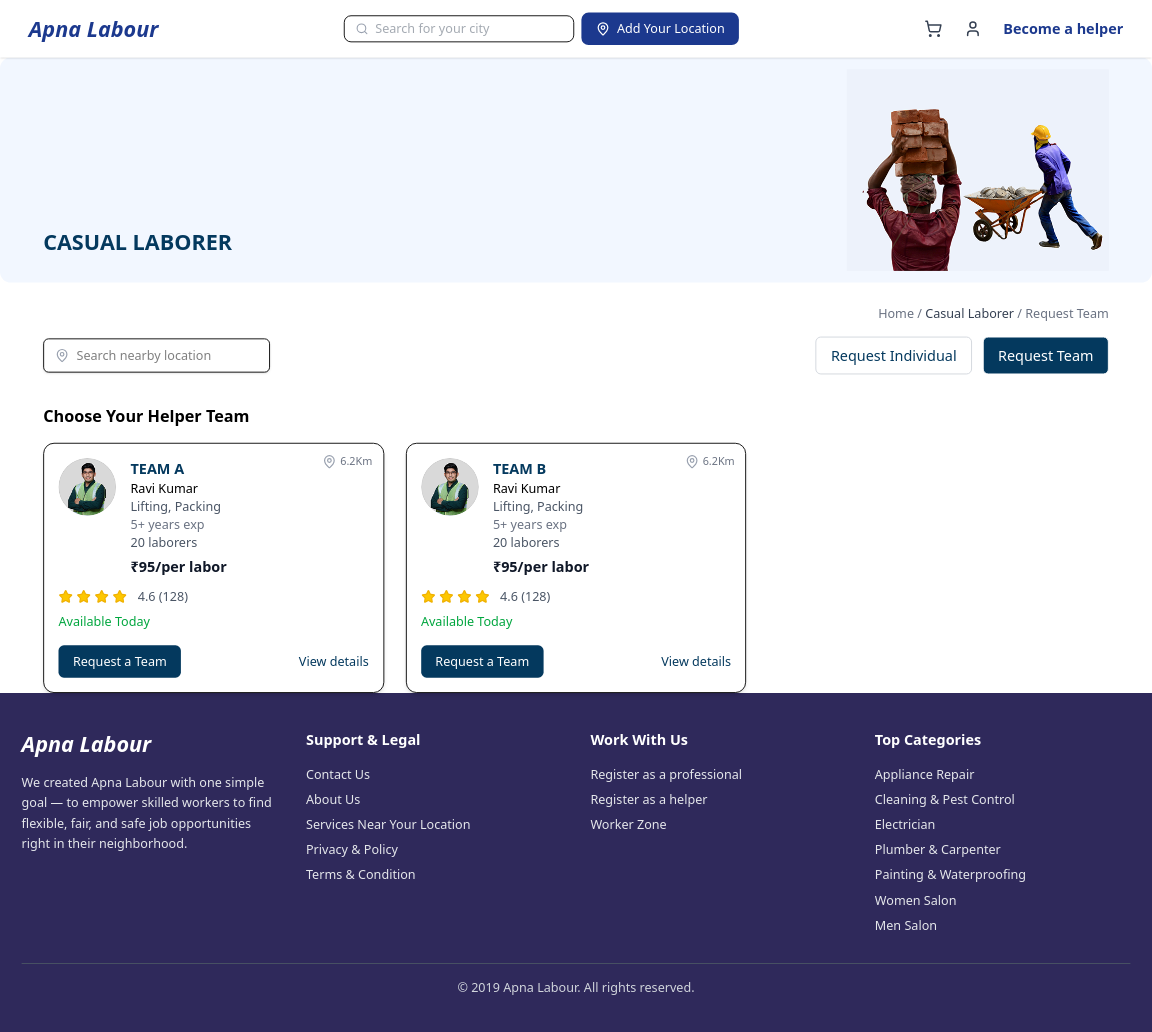
Repository: Innowidetech/Apna-Labour
Page: /casual (app in client/)
The author's editor kept a copy of each file at every save. The page is drawn from the files as they stood at one save, then again after the next save.
The browser window is 1280 px wide. The pictures show the whole page, at 90% of full size.
The project was rebuilt for these pictures with package versions that can differ from the ones it lists, and the page was loaded fresh each time. Also part of the build but not shown: client/vite.config.js, client/src/pages/Home.jsx, client/src/pages/ModalServicePage.jsx, client/src/pages/ServiceDetails.jsx, client/src/pages/Account/Account.jsx, client/src/pages/Account/AccountLayout.jsx, client/src/pages/Account/Bookings.jsx, client/src/pages/Payments.jsx and 26 more.

Above is the page before, as saved 2025-11-14 15:41:08.

### client/index.html
<!doctype html>
<html lang="en">
  <head>
    <meta charset="UTF-8" />
    <link rel="icon" type="image/svg+xml" href="/vite.svg" />
    <meta name="viewport" content="width=device-width, initial-scale=1.0" />
    <title>ApanaLabour</title>
  </head>
  <body>
    <div id="root"></div>
    <script type="module" src="/src/main.jsx"></script>
  </body>
</html>

### client/src/main.jsx
import { StrictMode } from "react";
import React from "react";
import { createRoot } from "react-dom/client";
import { GoogleOAuthProvider } from "@react-oauth/google";
import "./index.css";
import App from "./App.jsx";

// ✅ Import Redux
import { Provider } from "react-redux";
import store from "../src/redux/store.js"// ✅ correct import


const root = createRoot(document.getElementById("root"));

root.render(
  <StrictMode>
    <GoogleOAuthProvider clientId={import.meta.env.VITE_GOOGLE_CLIENT_ID}>
      <Provider store={store}>
        <App />
      </Provider>
    </GoogleOAuthProvider>
  </StrictMode>
);

### client/src/App.jsx
import React from "react";
import { BrowserRouter as Router, Routes, Route, useLocation } from "react-router-dom";
import appRoutes from "./routes/appRoutes";

// Components
import Navbar from "./components/Navbar";
import Footer from "./components/Footer";

// Account Pages
import Account from "./pages/Account/Account";
import AccountSidebar from "./pages/Account/AccountSidebar";
import AccountLayout from "./pages/Account/AccountLayout";
import MainAccount from "./pages/Account/MainAccount";
import Bookings from "./pages/Account/Bookings";

// Other Pages
import Home from "./pages/Home";
import Casual from "./pages/Casual";
import Electrician from "./pages/Electrician";
import PlumCarpenter from "./pages/PlumCarpenter";
import SwitchSocket from "./pages/SwitchSocket";
import Fan from "./pages/Fan";
import Light from "./pages/Light";
import Wiring from "./pages/Wiring";
import Doorbell from "./pages/Doorbell";
import MCB from "./pages/MCB";
import Gyser from "./pages/Gyser";
import Appliances from "./pages/Appliances";
import Login from "./Auth/Login";
import ViewCart from "./pages/ViewCart";
import CartPage from "./pages/CartPage";
import Checkout from "./pages/Checkout";
import ServicePage from "./pages/ServiceDetails";
import ModalServicePage from "./pages/ModalServicePage";
import FAQ from "./pages/FAQ";
import WorkerZone from "./pages/WorkerZone";
import ContactUs from "./pages/ContactUs";
import LabourCart from "./pages/LabourCart";
import TeamLabourCart from "./pages/TeamLabourCart";


// ✅ Layout Component
function Layout({ children }) {
  const location = useLocation();
  const noLayoutRoutes = ["/login", "/viewcart"];
  const hideLayout = noLayoutRoutes.includes(location.pathname);

  return (
    <>
      {!hideLayout && <Navbar />}
      <div className={!hideLayout ? "pt-16" : ""}>
        <Routes>
          {/* App routes from centralized config */}
          {appRoutes.map((route, index) => (
            <Route key={index} path={route.path} element={route.element} />
          ))}

          {/* Static Routes */}
          <Route path="/" element={<Home />} />
          <Route path="/casual" element={<Casual />} />
          <Route path="/electrician" element={<Electrician />} />
          <Route path="/plumcarpenter" element={<PlumCarpenter />} />
          <Route path="/switchsocket" element={<SwitchSocket />} />
          <Route path="/fan" element={<Fan />} />
          <Route path="/light" element={<Light />} />
          <Route path="/wiring" element={<Wiring />} />
          <Route path="/doorbell" element={<Doorbell />} />
          <Route path="/mcb" element={<MCB />} />
          <Route path="/gyser" element={<Gyser />} />
          <Route path="/appliances" element={<Appliances />} />
          <Route path="/login" element={<Login />} />
          <Route path="/viewcart" element={<ViewCart />} />
          <Route path="/faq" element={<FAQ />} />
          <Route path="/workerzone" element={<WorkerZone />} />
          <Route path="/contactus" element={<ContactUs />} />
          <Route path="/cart" element={<CartPage />} />
          <Route path="/checkout" element={<Checkout />} />
          <Route path="/service/:id" element={<ServicePage />} />
          <Route path="/services/:id" element={<ModalServicePage />} />

          {/* Account Section */}

          <Route path="/account/*" element={<MainAccount />} />


          {/* Labour */}
          <Route path="/labour-cart" element={<LabourCart />} />
          <Route path="/team-labour-cart" element={<TeamLabourCart />} />
        </Routes>

        {/* Allow nested children */}
        {children}
      </div>
      {!hideLayout && <Footer />}
    </>
  );
}


// ✅ Main App Component
function App() {
  return (
    <Router>
      <Layout />
    </Router>
  );
}

export default App;

### client/src/components/Navbar.jsx

import React, { useState, useEffect, useRef } from "react";

// import React, { useState, useEffect } from "react";

import { Menu, X, Search, MapPin, ShoppingCart, User } from "lucide-react";
import { useNavigate } from "react-router-dom";
import { useSelector, useDispatch } from "react-redux";
import { logout } from "../redux/authSlice"; // ✅ import logout

const Navbar = () => {
  const [isOpen, setIsOpen] = useState(false); // mobile menu
  const [userMenu, setUserMenu] = useState(false); // profile dropdown
  const [profileData, setProfileData] = useState(null); // ✅ store fetched profile
  const navigate = useNavigate();
  const dispatch = useDispatch();

  // ✅ Redux state
  const { user, token } = useSelector((state) => state.auth);


  const dropdownRef = useRef(null); // ✅ ref for profile dropdown



  const toggleMenu = () => setIsOpen(!isOpen);
  const toggleUserMenu = () => setUserMenu(!userMenu);

  const handleLogout = () => {
    dispatch(logout());
    navigate("/");
  };

  // ✅ Fetch logged-in user profile
  useEffect(() => {
    const fetchProfile = async () => {
      try {
        console.log("🔍 Token before fetch:", token); // ✅ check token in console

        if (!token) {
          console.warn("⚠️ No token found — skipping profile fetch");
          return;
        }

        const res = await fetch("https://apnalabour.onrender.com/api/customer/profile", {
          method: "GET",
          headers: {
            "Content-Type": "application/json",
            Authorization: `Bearer ${token}`,
          },
        });

        console.log("Response status:", res.status); // ✅ see backend response

        if (!res.ok) {
          const errText = await res.text();
          console.error("❌ Server error response:", errText);
          throw new Error(`Failed to fetch profile (${res.status})`);
        }

        const data = await res.json();
        console.log("✅ Profile data fetched:", data);
        setProfileData(data?.customer || null);
      } catch (error) {
        console.error("❌ Error fetching profile:", error);
      }
    };

    fetchProfile();
  }, [token]);


  // ✅ Close profile dropdown when clicking outside
  useEffect(() => {
    const handleClickOutside = (event) => {
      if (dropdownRef.current && !dropdownRef.current.contains(event.target)) {
        setUserMenu(false);
      }
    };

    document.addEventListener("mousedown", handleClickOutside);
    return () => {
      document.removeEventListener("mousedown", handleClickOutside);
    };
  }, []);


  return (
    <nav className="bg-white fixed w-full z-50 shadow-sm">
      <div className="max-w-7xl mx-auto px-4 sm:px-6 lg:px-8">
        <div className="flex justify-between h-16 items-center">
          {/* Logo */}
          <div
            className="flex-shrink-0 text-2xl font-bold italic text-blue-900 cursor-pointer"
            onClick={() => navigate("/")}
          >
            Apna Labour
          </div>

          {/* Search + Location (Desktop) */}
          <div className="hidden md:flex items-center space-x-2">
            <div className="flex items-center border rounded-lg px-3 py-1 w-64">
              <Search className="text-gray-400 w-4 h-4 mr-2" />
              <input
                type="text"
                placeholder="Search for your city"
                className="w-full outline-none text-sm text-gray-600"
              />
            </div>

            <button className="flex items-center bg-blue-900 text-white px-4 py-2 rounded-lg text-sm">
              <MapPin className="w-4 h-4 mr-2" />
              Add Your Location
            </button>
          </div>

          {/* Right Section */}
          <div className="hidden md:flex items-center space-x-6 relative">
            <ShoppingCart
              className="w-5 h-5 text-gray-700 cursor-pointer"
              onClick={() => navigate("/viewcart")}
            />

            {/* User Dropdown */}
            <div className="relative">
              <User
                className="w-5 h-5 text-gray-700 cursor-pointer"
                onClick={toggleUserMenu}
              />
              {userMenu && (
                <div
                  ref={dropdownRef} // ✅ attach ref for outside click
                  className="absolute right-0 mt-3 w-72 bg-white rounded-xl shadow-lg border p-4 z-50"
                >
                  {!user ? (
                    <>
                      <p className="font-semibold text-gray-800">Welcome!</p>
                      <p className="text-sm text-gray-500 mb-4">
                        To access account &amp; manage bookings
                      </p>
                      <button
                        onClick={() => navigate("/login")}
                        className="w-full border border-gray-300 rounded-full py-2 text-sm font-medium text-gray-800 hover:bg-gray-50"
                      >
                        Signup / Login
                      </button>
                    </>
                  ) : (
                    <>
                      <p className="font-semibold text-gray-800">
                        Hi!{" "}
                        {profileData?.name
                          ? profileData.name
                          : user.name || user.email}
                      </p>
                      <div className="mt-3 space-y-2">
                        <button
                          onClick={() => navigate("/account")}
                          className="w-full border border-gray-300 rounded-md py-2 text-sm font-medium text-gray-800 hover:bg-gray-50"
                        >
                          Account
                        </button>
                        <button
                          onClick={handleLogout}
                          className="w-full border border-red-400 text-red-600 rounded-md py-2 text-sm font-medium hover:bg-red-50"
                        >
                          Log Out
                        </button>
                      </div>
                    </>
                  )}
                </div>
              )}
            </div>

            {/* Hide "Become a helper" after login */}
            {!user && (
              <a href="/become-helper" className="text-blue-900 font-semibold">
                Become a helper
              </a>
            )}
          </div>

          {/* Mobile Menu Button */}
          <div className="md:hidden">
            <button
              onClick={toggleMenu}
              className="text-gray-700 focus:outline-none"
            >
              {isOpen ? <X size={28} /> : <Menu size={28} />}
            </button>
          </div>
        </div>
      </div>

      {/* Mobile Dropdown */}
      {isOpen && (
        <div className="md:hidden px-4 pb-4 space-y-4 bg-white shadow-md">
          <div className="flex items-center border rounded-lg px-3 py-2">
            <Search className="text-gray-400 w-4 h-4 mr-2" />
            <input
              type="text"
              placeholder="Search for your city"
              className="w-full outline-none text-sm text-gray-600"
            />
          </div>

          <button className="flex items-center bg-blue-900 text-white px-4 py-2 rounded-lg text-sm w-full">
            <MapPin className="w-4 h-4 mr-2" />
            <span>Add Your Location</span>
          </button>

          <div className="flex flex-col space-y-2">
            <a href="/viewcart" className="flex items-center text-gray-700">
              <ShoppingCart className="w-5 h-5 mr-2" /> Cart
            </a>

            {!user ? (
              <>
                <button
                  onClick={() => navigate("/login")}
                  className="w-full border border-gray-300 rounded-full py-2 text-sm font-medium text-gray-800 hover:bg-gray-50"
                >
                  Signup / Login
                </button>
                <a
                  href="/become-helper"
                  className="text-blue-900 font-semibold"
                >
                  Become a helper
                </a>
              </>
            ) : (
              <>
                  <button
                    onClick={() => navigate("/account")}
                    className="w-full border border-gray-300 rounded-md py-2 text-sm font-medium text-gray-800 hover:bg-gray-50"
                  >
                    Account
                  </button>
                <button
                  onClick={handleLogout}
                  className="w-full border border-red-400 text-red-600 rounded-md py-2 text-sm font-medium hover:bg-red-50"
                >
                  Log Out
                </button>
              </>
            )}
          </div>
        </div>
      )}
    </nav>
  );
};

export default Navbar;

### client/src/components/Footer.jsx
import React from "react";
import { Link } from "react-router-dom";

const Footer = () => {
  return (
    <footer className="bg-[#2F295B] text-gray-200 px-6 py-10 mt-auto">
      <div className="max-w-7xl mx-auto grid grid-cols-1 sm:grid-cols-2 md:grid-cols-4 gap-8">
        {/* Column 1 - Logo + Description */}
        <div>
          <h2 className="text-white font-bold text-2xl mb-4 italic">
            Apna Labour
          </h2>
          <p className="text-sm leading-relaxed">
            We created Apna Labour with one simple goal — to empower skilled
            workers to find flexible, fair, and safe job opportunities right in
            their neighborhood.
          </p>
        </div>

        {/* Column 2 - Support & Legal */}
        <div>
          <h3 className="text-white font-semibold mb-4">Support & Legal</h3>
          <ul className="space-y-2 text-sm">
            <li>
              <Link to="/contactus" className="hover:text-white">
                Contact Us
              </Link>
            </li>
            <li>
              <Link to="/faq" className="hover:text-white">
                About Us
              </Link>
            </li>
            <li>
              <a href="#" className="hover:text-white">
                Services Near Your Location
              </a>
            </li>
            <li>
              <Link to="/privacy-policy" className="hover:text-white">
                Privacy & Policy
              </Link>
            </li>
            <li>
              <Link to="/terms-condition" className="hover:text-white">
                Terms & Condition
              </Link>
            </li>
          </ul>
        </div>

        {/* Column 3 - Work With Us */}
        <div>
          <h3 className="text-white font-semibold mb-4">Work With Us</h3>
          <ul className="space-y-2 text-sm">
            <li>
              <a href="#" className="hover:text-white">
                Register as a professional
              </a>
            </li>
            <li>
              <a href="#" className="hover:text-white">
                Register as a helper
              </a>
            </li>
            <li>
              <Link to="/workerzone" className="hover:text-white">
                Worker Zone
              </Link>
            </li>
          </ul>
        </div>

        {/* Column 4 - Top Categories */}
        <div>
          <h3 className="text-white font-semibold mb-4">Top Categories</h3>
          <ul className="space-y-2 text-sm">
            <li><a href="#" className="hover:text-white">Appliance Repair</a></li>
            <li><a href="#" className="hover:text-white">Cleaning & Pest Control</a></li>
            <li><a href="#" className="hover:text-white">Electrician</a></li>
            <li><a href="#" className="hover:text-white">Plumber & Carpenter</a></li>
            <li><a href="#" className="hover:text-white">Painting & Waterproofing</a></li>
            <li><a href="#" className="hover:text-white">Women Salon</a></li>
            <li><a href="#" className="hover:text-white">Men Salon</a></li>
          </ul>
        </div>
      </div>

      {/* Bottom Copyright */}
      <div className="border-t border-gray-600 mt-8 pt-4 text-sm text-center text-gray-300">
        © 2019 Apna Labour. All rights reserved.
      </div>
    </footer>
  );
};

export default Footer;

Loaded but not shown: client/src/index.css (common file); client/src/redux/bookingSlice.js (199 lines, source omitted); client/src/redux/accountSlice.js (190 lines, source omitted); client/src/redux/authSlice.js (164 lines, source omitted); client/src/redux/notificationSlice.js (161 lines, source omitted); client/src/redux/paymentOrderSlice.js (135 lines, source omitted); client/src/redux/adminloginSlice.js (138 lines, source omitted); client/src/redux/contactSlice.js (108 lines, source omitted); client/src/redux/store.js (31 lines, source omitted); client/src/pages/Casual.jsx (355 lines, source omitted); client/src/pages/Account/AccountSidebar.jsx (165 lines, source omitted); client/src/routes/appRoutes.jsx (112 lines, source omitted)

After the next save:
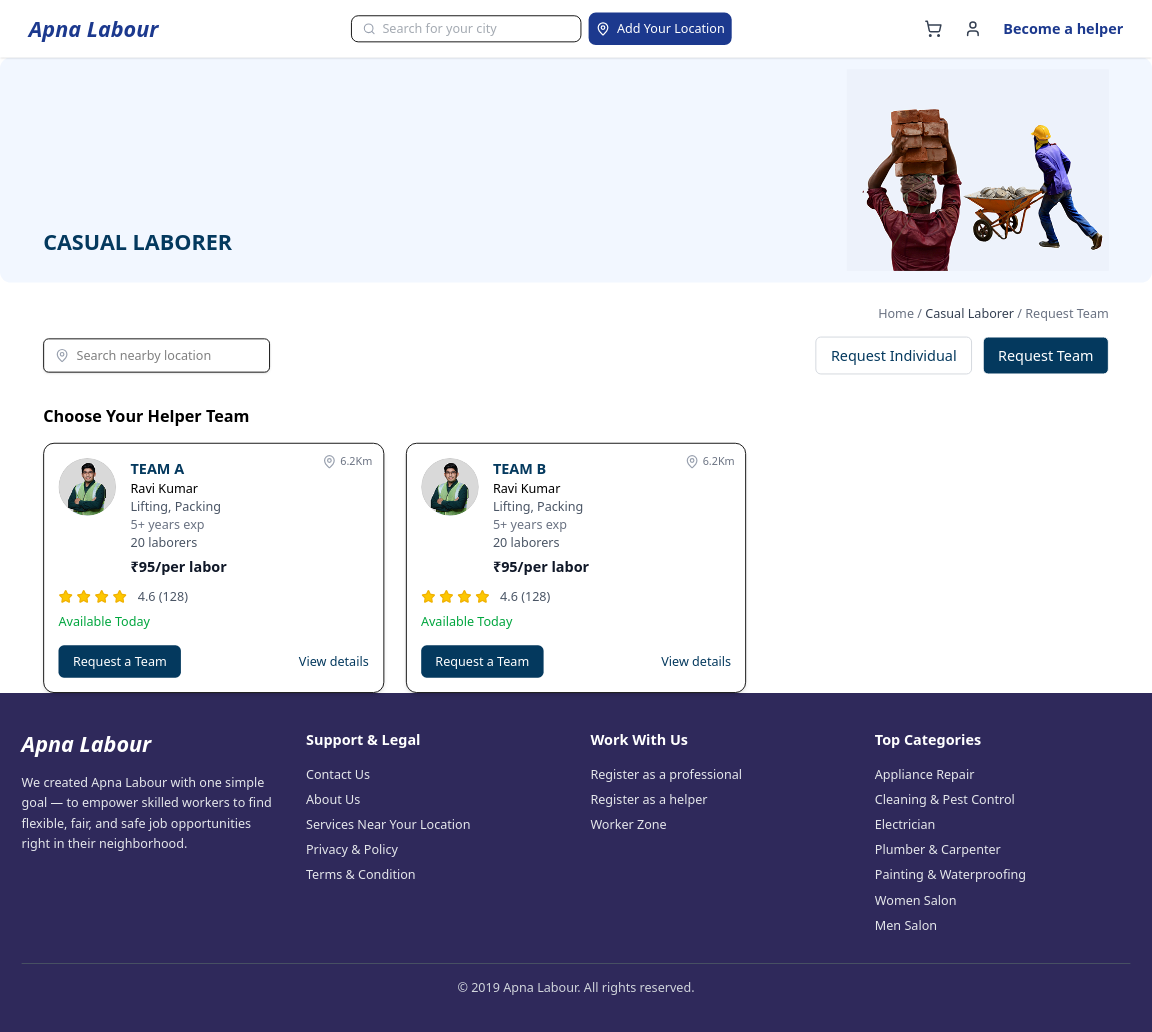
Saved 19 s later.
--- a/client/src/components/Navbar.jsx
+++ b/client/src/components/Navbar.jsx
@@ -108,7 +108,7 @@
               />
             </div>
 
-            <button className="flex items-center bg-blue-900 text-white px-4 py-2 rounded-lg text-sm">
+            <button className="flex items-center bg-blue-900 text-white px-2 py-2 rounded-lg text-sm">
               <MapPin className="w-4 h-4 mr-2" />
               Add Your Location
             </button>

After the 2 saves that followed:
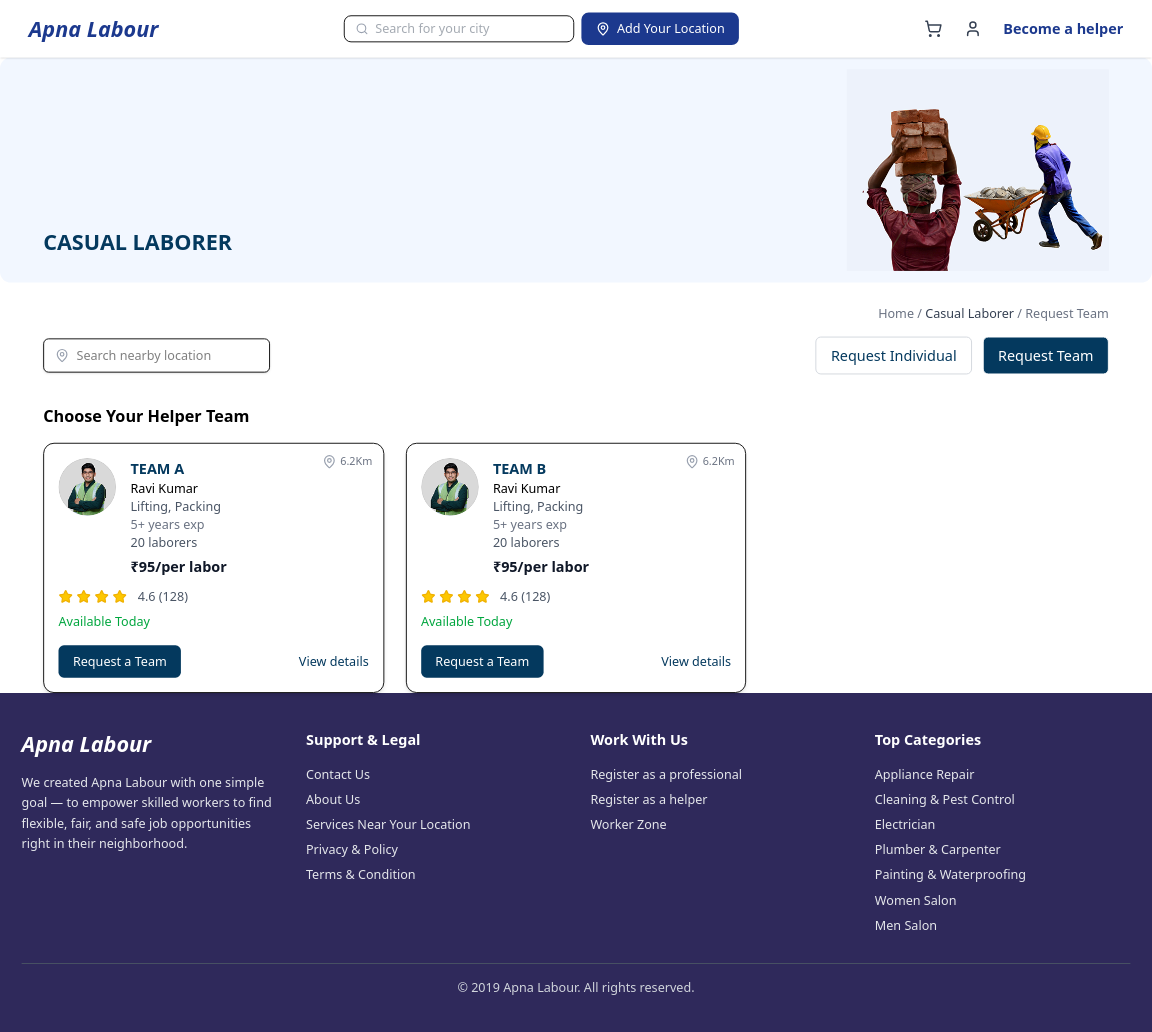
The 2 saves are shown as one change because they came seconds apart.
The last was saved 9 s later.
--- a/client/src/components/Navbar.jsx
+++ b/client/src/components/Navbar.jsx
@@ -108,7 +108,7 @@
               />
             </div>
 
-            <button className="flex items-center bg-blue-900 text-white px-2 py-2 rounded-lg text-sm">
+            <button className="flex items-center bg-blue-900 text-white px-4 py-2 rounded-lg text-sm">
               <MapPin className="w-4 h-4 mr-2" />
               Add Your Location
             </button>
